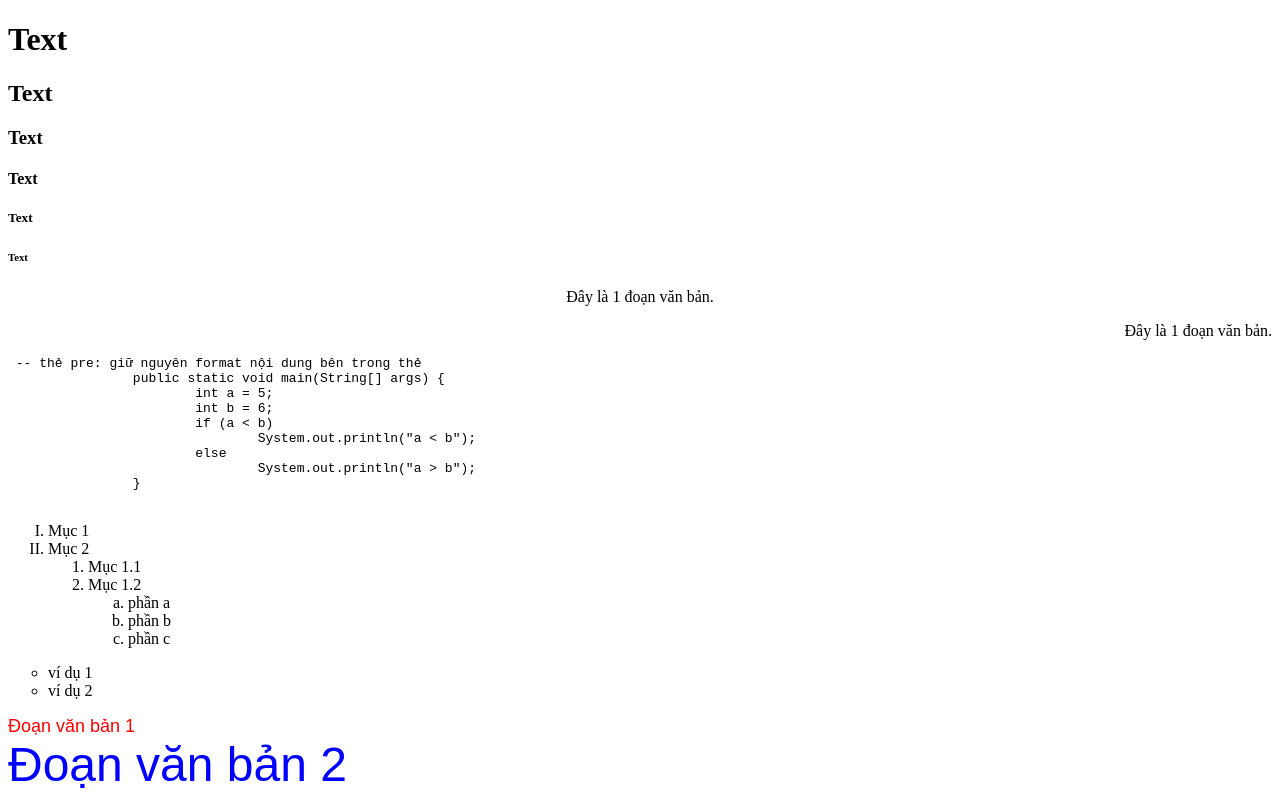
Repository: PhiKhongHoang/JSP-Servlet
Page: Bai2_HTML/src/main/webapp/vidu.html
The author's editor kept a copy of each file at every save. The page is drawn from the files as they stood at one save, then again after the next save.
The browser window is 1280 px wide. The pictures show the whole page.

Above is the page before, as saved 2024-02-16 08:43:41.

After the next save:
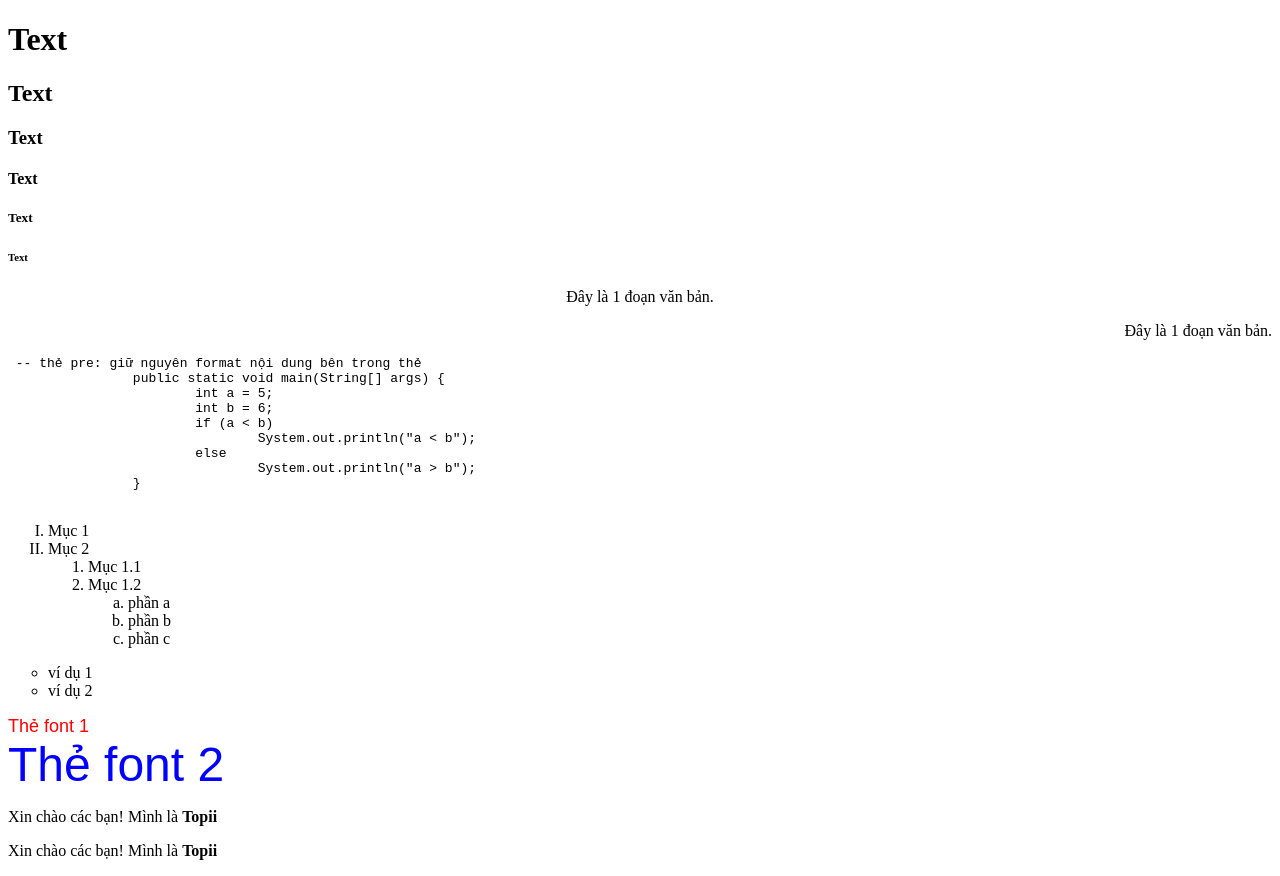
Saved 2 min 34 s later.
--- a/Bai2_HTML/src/main/webapp/vidu.html
+++ b/Bai2_HTML/src/main/webapp/vidu.html
@@ -55,13 +55,17 @@
 
 	 <p>
 	 	<font color="red" size="4" face="arial">
-	 		Đoạn văn bản 1
+	 		Thẻ font 1
 	 	</font>
 	 	<br>
 	 	<font color="blue" size="14" face="arial">
-	 		Đoạn văn bản 2
+	 		Thẻ font 2
 	 	</font>
 	 </p>
+
+	 <p>Xin chào các bạn! Mình là <b>Topii</b></p>
+	 <p>Xin chào các bạn! Mình là <strong>Topii</strong></p>
+
 
 
 </body>
